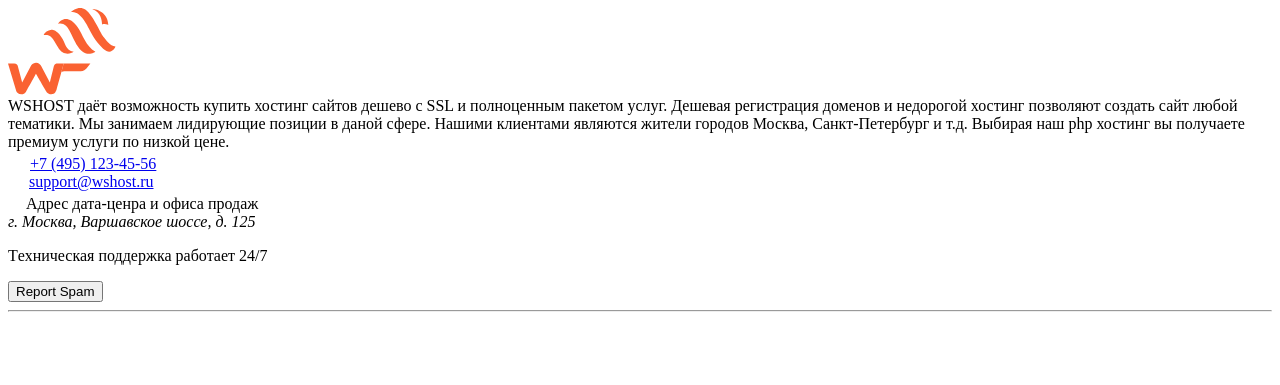
Repository: Inzhir2022/hosting
Page: src/_includes/_footer.html
An editor plug-in stored every save of this project. The page is shown before and after the next save, followed by the edit.
The browser window is 1280 px wide. The pictures show the whole page.

Above is the page before, as saved 2022-07-18 07:02:33.

After the next save:
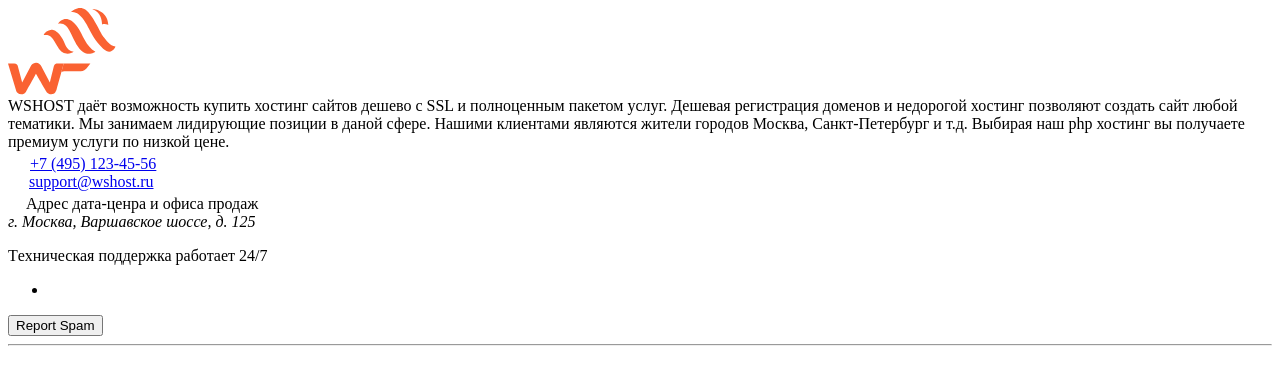
Saved 31 min 10 s later.
--- a/src/_includes/_footer.html
+++ b/src/_includes/_footer.html
@@ -25,7 +25,11 @@
       </div>
       <p>Tехническая поддержка работает 24/7</p>
     </div>
-    <div class="footer__social"></div>
+    <div class="footer__social">
+      <ul class="footer__social-list">
+        <li class="footer__social-item"></li>
+      </ul>
+    </div>
     <button class="btn btn_small footer__btn">Report Spam</button>
     <nav class="footer__menu-about"></nav>
     <nav class="footer__menu-services"></nav>
